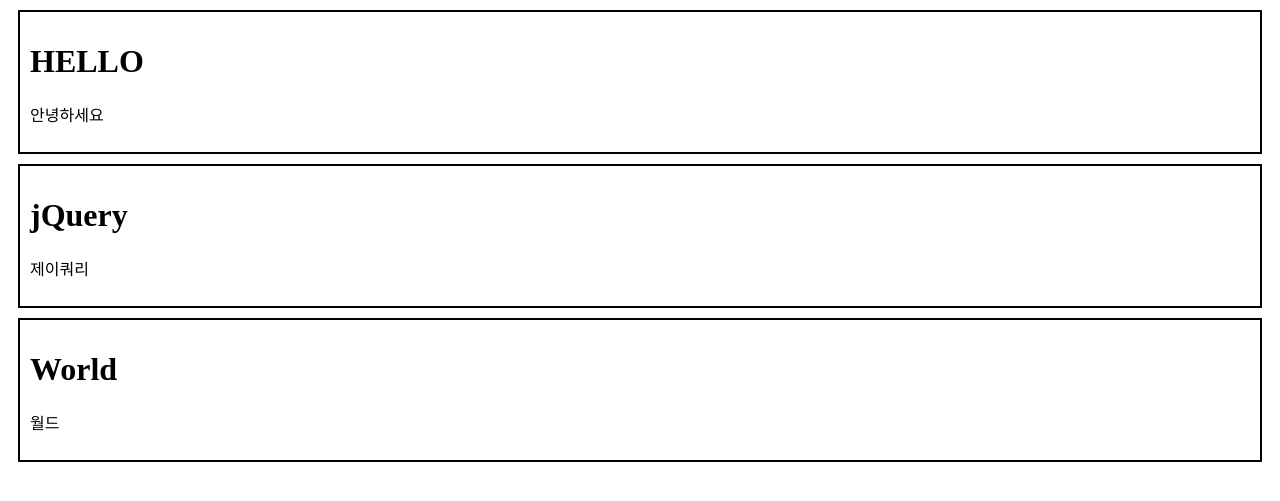
Repository: Shinhan1/shinhan
Page: http://localhost/web_goott/w20200323/jQueryEx04.jsp
An editor plug-in stored every save of this project. The page is shown before and after the next save, followed by the edit.
The browser window is 1280 px wide. The pictures show the whole page.
After loading, the first visible `div` was clicked once.
The page is served by Tomcat 9.

Above is the page before, as saved 2020-03-23 06:02:33.
Console error: ReferenceError: p is not defined

### web_goott/WebContent/w20200323/jQueryEx04.jsp
<%@ page language="java" contentType="text/html; charset=UTF-8"
    pageEncoding="UTF-8"%>
<!DOCTYPE html>
<html>
<head>
<meta charset="UTF-8">
<title>jQueryEx04.jsp</title>
<style type="text/css">
	div {
		margin: 10px;
		padding: 10px;
		border: 2px solid black;
	}

</style>
<!-- 각 div를 클릭하면 console창에 h1, p 객체 정보가 출력되도록 해보세요 -->
<script src="https://ajax.googleapis.com/ajax/libs/jquery/3.4.1/jquery.min.js"></script>
<script type="text/javascript">
	$(document).ready(function(){
		$("div").click(function(){
			$(this).html(p);


		});

	});
</script>
</head>
<body>
	<div>
		<h1>HELLO</h1>
		<p>안녕하세요</p>
	</div>
	<div>
		<h1>jQuery</h1>
		<p>제이쿼리</p>
	</div>
	<div>
		<h1>World</h1>
		<p>월드</p>
	</div>

</body>
</html>

After the next save:
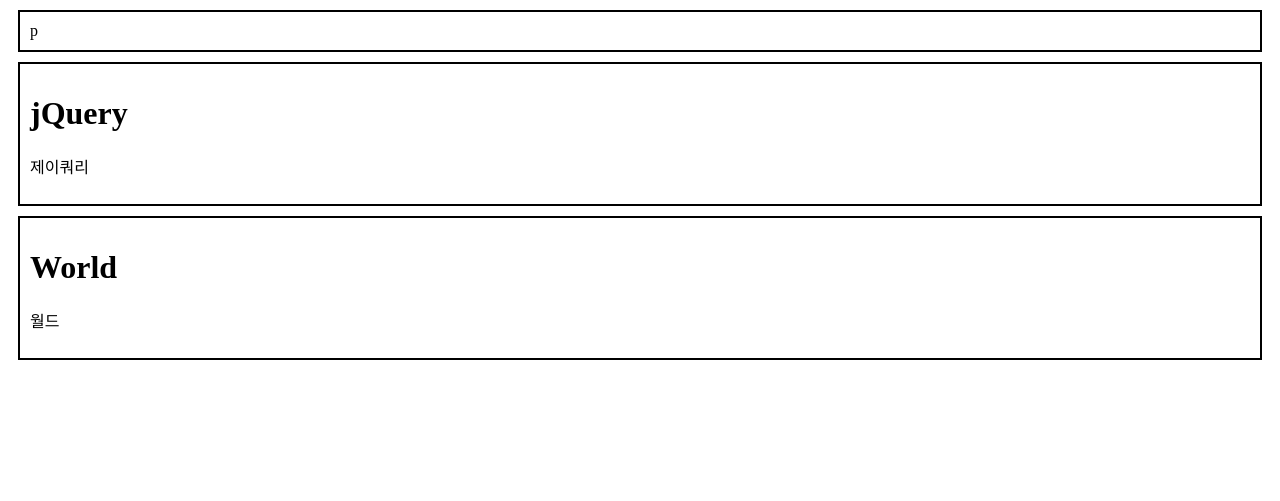
The error is gone.
Saved 7 s later.
--- a/web_goott/WebContent/w20200323/jQueryEx04.jsp
+++ b/web_goott/WebContent/w20200323/jQueryEx04.jsp
@@ -18,7 +18,7 @@
 <script type="text/javascript">
 	$(document).ready(function(){
 		$("div").click(function(){
-			$(this).html(p);
+			$(this).html("p");
 
 
 		});
